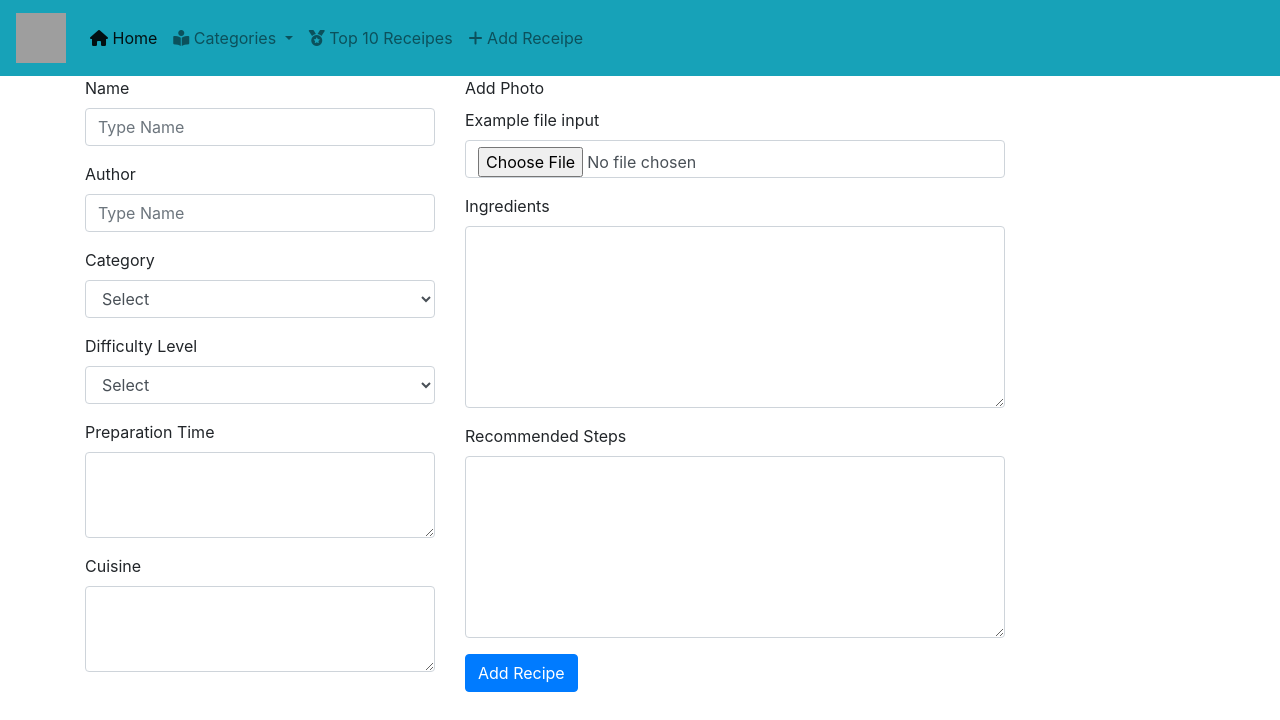
Repository: toderas/Flask-Cook-Book
Page: templates/addrecipe.html
The author's editor kept a record of every edit. The page is drawn from the files as they stood at one moment, then again after the next edit.
The browser window is 1280 px wide. The pictures show the whole page.
Pictures or frames that could not be fetched are drawn as grey boxes. Some web libraries are served in a nearby version. The page is served by the project's application, run on Flask 3 (cookbook.py). The template is opened directly, without the code that normally fills it, so the values that code supplies are empty.

Above is the page before.

### templates/addrecipe.html
{% extends 'home.html'%} {% block content %}
<div class="container">
  <form action="{{url_for('insert_recipe')}}" method="POST">
    <div class="row">
      <div class="col-12 col-md-4">
        <div class="form-group">
          <label for="exampleFormControlSelect1">Name</label>
          <input type="text" class="form-control" id="dish_name" name="dish_name" placeholder="Type Name">
        </div>
        <div class="form-group">
          <label for="exampleFormControlSelect1">Author</label>
          <input type="text" class="form-control" id="dish_author" name="dish_author" placeholder="Type Name">
        </div>
        <div class="form-group">
          <label for="exampleFormControlSelect1">Category</label>
          <select class="form-control" id="categories" name="category_name">
            <option value="" selected disabled>Select</option>
            {% for course in categories %}
              <option value="{{course.category_name}}">{{course.category_name}}</option>
            {% endfor %}
          </select>
            </div>
        <div class="form-group">
          <label for="dish_required_skill">Difficulty Level</label>
          <select class="form-control" id="dish_required_skill" name="dish_required_skill">
      <option selected disabled>Select</option>
      {% for required in skills %}
                      <option value="{{required.skill_name}}">{{required.skill_name}}</option>
                  {% endfor %}
    </select>
        </div>

        <div class="form-group">
          <label for="exampleFormControlTextarea1">Preparation Time</label>
          <textarea class="form-control" name="dish_prep_time" id="exampleFormControlTextarea1" rows="3"></textarea>
        </div>
        <div class="form-group">
          <label for="exampleFormControlTextarea1">Cuisine</label>
          <textarea name="dish_origin_cuisine" class="form-control" id="exampleFormControlTextarea1" rows="3"></textarea>
        </div>

      </div>
      <div class="col-md-6">
        <label for="exampleFormControlTextarea1">Add Photo</label>
        <form method="POST" action="/create" enctype="multipart/form-data">
          <div class="form-group">
            <label for="exampleFormControlFile1">Example file input</label>
            <input type="file" class="form-control" id="exampleFormControlFile1">
          </div>
        </form>
        <div class="form-group">
          <label for="exampleFormControlTextarea1">Ingredients</label>
          <textarea class="form-control" name="dish_ingredients" id="exampleFormControlTextarea1" rows="7"></textarea>
        </div>
        <div class="form-group">
          <label for="exampleFormControlTextarea1">Recommended Steps</label>
          <textarea class="form-control" name="dish_preparation_steps" id="exampleFormControlTextarea1" rows="7"></textarea>
        </div>
        <button class="btn btn-primary" type="submit">Add Recipe</button>
      </div>
    </div>
  </form>
</div>

{% endblock %}

### templates/home.html
<!DOCTYPE html>
<html lang="en">

<head>
  <meta charset="UTF-8">
  <meta name="viewport" content="width=device-width, initial-scale=1.0">
  <meta http-equiv="X-UA-Compatible" content="ie=edge">
  <!--CSS-->
  <link rel="stylesheet" href="{{url_for('static', filename='css/style.css')}}" type="text/css" />
  <!--Bootstrap-->
  <link rel="stylesheet" href="https://stackpath.bootstrapcdn.com/bootstrap/4.1.3/css/bootstrap.min.css" integrity="sha384-MCw98/SFnGE8fJT3GXwEOngsV7Zt27NXFoaoApmYm81iuXoPkFOJwJ8ERdknLPMO" crossorigin="anonymous">

  <title>Document</title>
</head>

<body>
  <nav class="navbar navbar-expand-lg navbar-light bg-info">
    <a class="navbar-brand" href="{{url_for('recipes')}}"><img class="logo-image" alt="chef logo" src="https://encrypted-tbn0.gstatic.com/images?q=tbn:ANd9GcRTUhnKjobAOjmlVUzxfUoGj2VBu2mOXKPmnmZjkuTfKeNhWaxOfg"></img></a>
    <button class="navbar-toggler" type="button" data-toggle="collapse" data-target="#navbarNavDropdown" aria-controls="navbarNavDropdown" aria-expanded="false" aria-label="Toggle navigation">
    <span class="navbar-toggler-icon"></span>
  </button>
    <div class="collapse navbar-collapse" id="navbarNavDropdown">
      <ul class="navbar-nav">
        <li class="nav-item active">
          <a class="nav-link" href="{{url_for('recipes')}}"> <i class="fas fa-home"></i> Home <span class="sr-only">(current)</span></a>
        </li>
        <li class="nav-item dropdown">
          <a class="nav-link dropdown-toggle" href="#" id="navbarDropdownMenuLink" role="button" data-toggle="dropdown" aria-haspopup="true" aria-expanded="false">
           <i class="fas fa-book-reader"></i> Categories
        </a>
          <div class="dropdown-menu" aria-labelledby="navbarDropdownMenuLink">
            <a class="dropdown-item" href="{{url_for('aperitif')}}">Aperitifs</a>
            <a class="dropdown-item" href="{{url_for('starter')}}">Starters</a>
            <a class="dropdown-item" href="{{url_for('intermediate')}}">Intermediate</a>
            <a class="dropdown-item" href="{{url_for('main')}}">Mains</a>
            <a class="dropdown-item" href="{{url_for('dessert')}}">Desserts</a>
          </div>
        </li>
        <li class="nav-item">
          <a class="nav-link" href="#"> <i class="fas fa-medal"></i> Top 10 Receipes</a>
        </li>
        <li class="nav-item">
          <a class="nav-link" href="{{url_for('addrecipe')}}"><i class="fas fa-plus"></i> Add Receipe</a>
        </li>
      </ul>
    </div>
  </nav>
  {% block content %} {% endblock %}

</body>
<!--Font Awesome-->
<script src="https://kit.fontawesome.com/9e425c7d13.js"></script>
<!--Bootstrap js-->
<script src="https://code.jquery.com/jquery-3.3.1.slim.min.js" integrity="sha384-q8i/X+965DzO0rT7abK41JStQIAqVgRVzpbzo5smXKp4YfRvH+8abtTE1Pi6jizo" crossorigin="anonymous"></script>
<script src="https://cdnjs.cloudflare.com/ajax/libs/popper.js/1.14.3/umd/popper.min.js" integrity="sha384-ZMP7rVo3mIykV+2+9J3UJ46jBk0WLaUAdn689aCwoqbBJiSnjAK/l8WvCWPIPm49" crossorigin="anonymous"></script>
<script src="https://stackpath.bootstrapcdn.com/bootstrap/4.1.3/js/bootstrap.min.js" integrity="sha384-ChfqqxuZUCnJSK3+MXmPNIyE6ZbWh2IMqE241rYiqJxyMiZ6OW/JmZQ5stwEULTy" crossorigin="anonymous"></script>

</html>

### cookbook.py
import os
from flask import Flask, render_template, redirect, request, url_for, request
from flask_pymongo import PyMongo
from bson.objectid import ObjectId

app=Flask(__name__)

app.config["MONGO_DBNAME"] = 'cook-book'
app.config["MONGO_URI"] = 'mongodb+srv://tode:1Martie1998@myfirstcluster-dxyoc.mongodb.net/cook-book?retryWrites=true&w=majority'

mongo = PyMongo(app)



@app.route("/")
def hello():
    return "Hello World!"



if __name__ == '__main__':
    app.run(host=os.environ.get('IP'),
            port=int(os.environ.get('PORT')),
            debug=True)

#if __name__ == '__main__':
  #  app.run(host='0.0.0.0', port=8080, debug=True)

### static/css/style.css
.logo-image {
    width: 50px;
    height: 50px;
}
.list-inline-item:not(:last-child) {
    margin: 0 !important;
}

After the next edit:
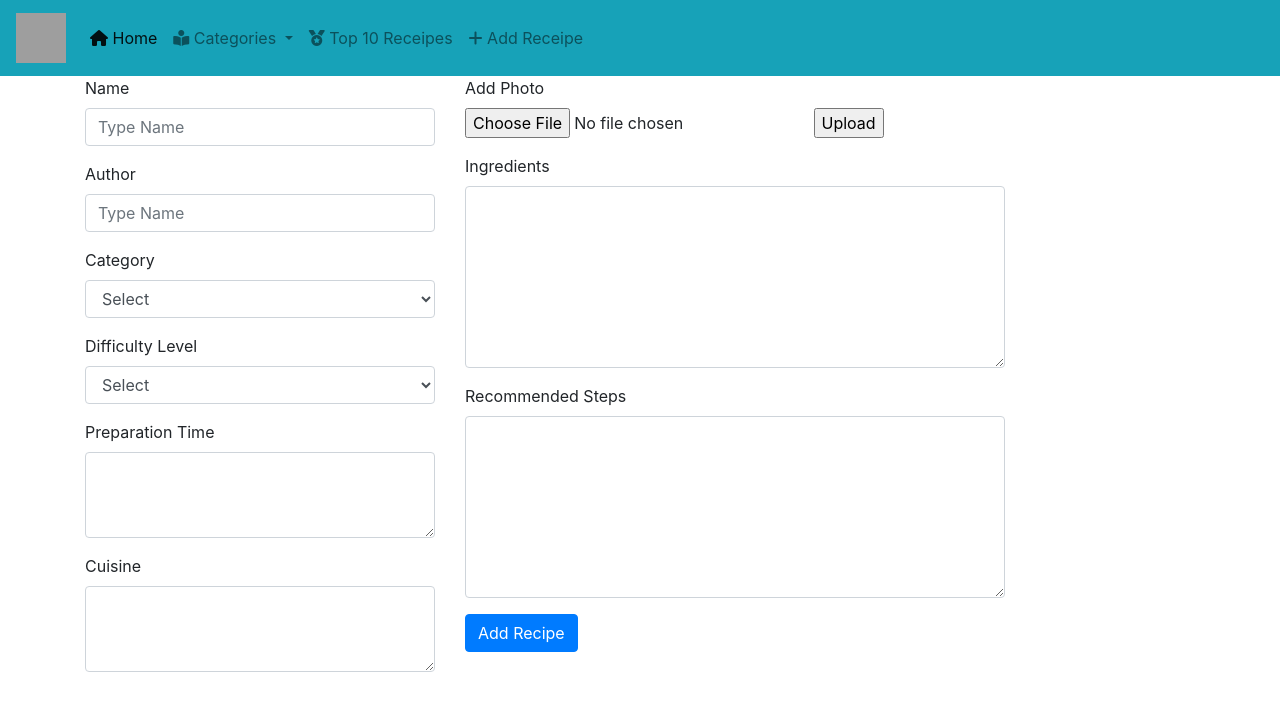
The edit:
--- a/templates/addrecipe.html
+++ b/templates/addrecipe.html
@@ -19,7 +19,7 @@
               <option value="{{course.category_name}}">{{course.category_name}}</option>
             {% endfor %}
           </select>
-            </div>
+        </div>
         <div class="form-group">
           <label for="dish_required_skill">Difficulty Level</label>
           <select class="form-control" id="dish_required_skill" name="dish_required_skill">
@@ -42,11 +42,9 @@
       </div>
       <div class="col-md-6">
         <label for="exampleFormControlTextarea1">Add Photo</label>
-        <form method="POST" action="/create" enctype="multipart/form-data">
-          <div class="form-group">
-            <label for="exampleFormControlFile1">Example file input</label>
-            <input type="file" class="form-control" id="exampleFormControlFile1">
-          </div>
+        <form action="{{url_for('upload')}}" method="POST" enctype=multipart/form-data>
+          <p><input type=file name=file id="upload_file">
+            <input type=submit value=Upload>
         </form>
         <div class="form-group">
           <label for="exampleFormControlTextarea1">Ingredients</label>
